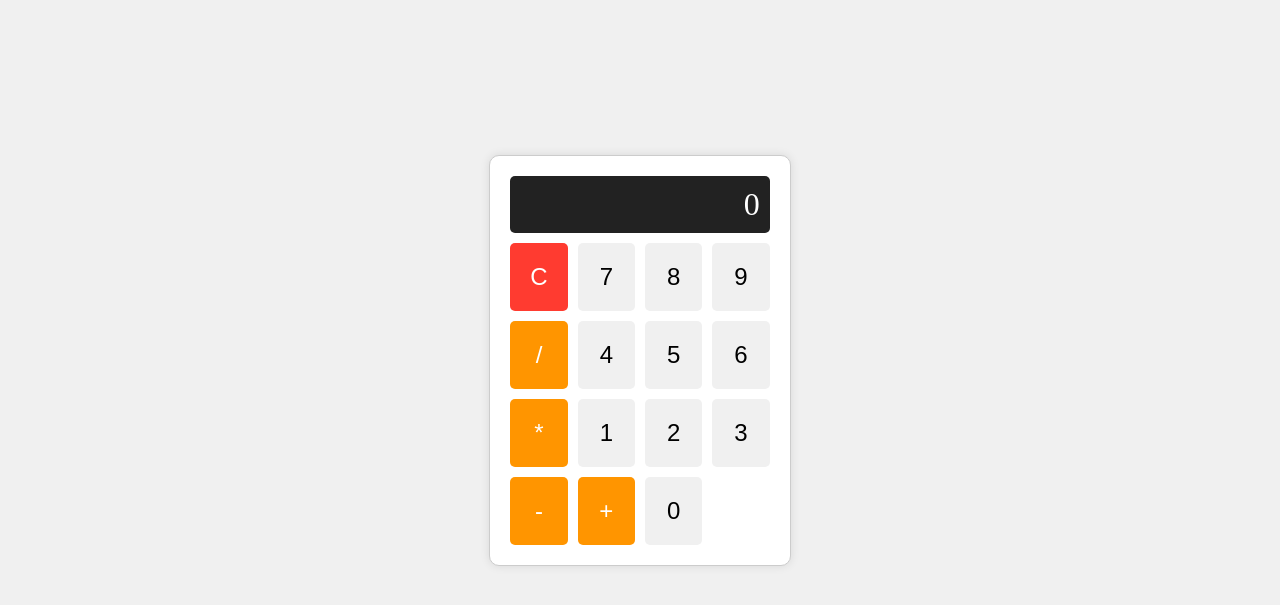
Repository: alizey12/calculator
Page: index.html
These files come from the project's save history. The page is drawn as it stood at one moment and after the next save; the edit follows.
The browser window is 1280 px wide. The pictures show the whole page.

Above is the page before, as saved 2024-11-23 18:36:39.

### index.html
<!DOCTYPE html>
<html lang="en">
<head>
    <meta charset="UTF-8">
    <meta name="viewport" content="width=device-width, initial-scale=1.0">
    <title>Document</title>
    <link rel="stylesheet" href="styles.css">
</head>
<body>


        <div class="calculator">
            <div class="display" id="display">0</div>
            <div class="buttons">

                <!--


                <button class="btn operator" id="equals">=</button>

               -->
                <button class="btn" id="clear">C</button>
                <button class="btn">7</button>
                <button class="btn">8</button>
                <button class="btn">9</button>
                <button class="btn operator">/</button>
                <button class="btn">4</button>
                <button class="btn">5</button>
                <button class="btn">6</button>
                <button class="btn operator">*</button>
                <button class="btn">1</button>
                <button class="btn">2</button>
                <button class="btn">3</button>
                <button class="btn operator">-</button>
                <button class="btn operator">+</button>
                <button class="btn">0</button>



            </div>
        </div>


    <script src="script.js"></script>
</body>
</html>

### styles.css
body {
    display: flex;
    justify-content: center;
    align-items: center;
    height: 100vh;
    background-color: #f0f0f0;
    margin: 0;
}

.calculator {
    border: 1px solid #ccc;
    border-radius: 10px;

    padding: 20px;
    background-color: #fff;
    box-shadow: 0 0 10px rgba(0, 0, 0, 0.1);
}

.display {
    font-size: 2em;
    margin-bottom: 10px;
    padding: 10px;

    background-color: #222;
    color: #fff;
    text-align: right;
    border-radius: 5px;
}
#display{
    height: 80%;
}
.buttons {
    display: grid;
    grid-template-columns: repeat(4, 1fr);
    gap: 10px;
}

.btn {
    padding: 20px;
    font-size: 1.5em;
    border: none;
    border-radius: 5px;
    background-color: #f0f0f0;
    cursor: pointer;
}

.btn.operator {
    background-color: #ff9500;
    color: #fff;
}

.btn#clear {
    background-color: #ff3b30;
    color: #fff;
}

.btn#equals {
    grid-column: span 2;
    background-color: #34c759;
    color: #fff;
}

Loaded but not shown: script.js (no copy from this time; the picture is the same without it)

After the next save:
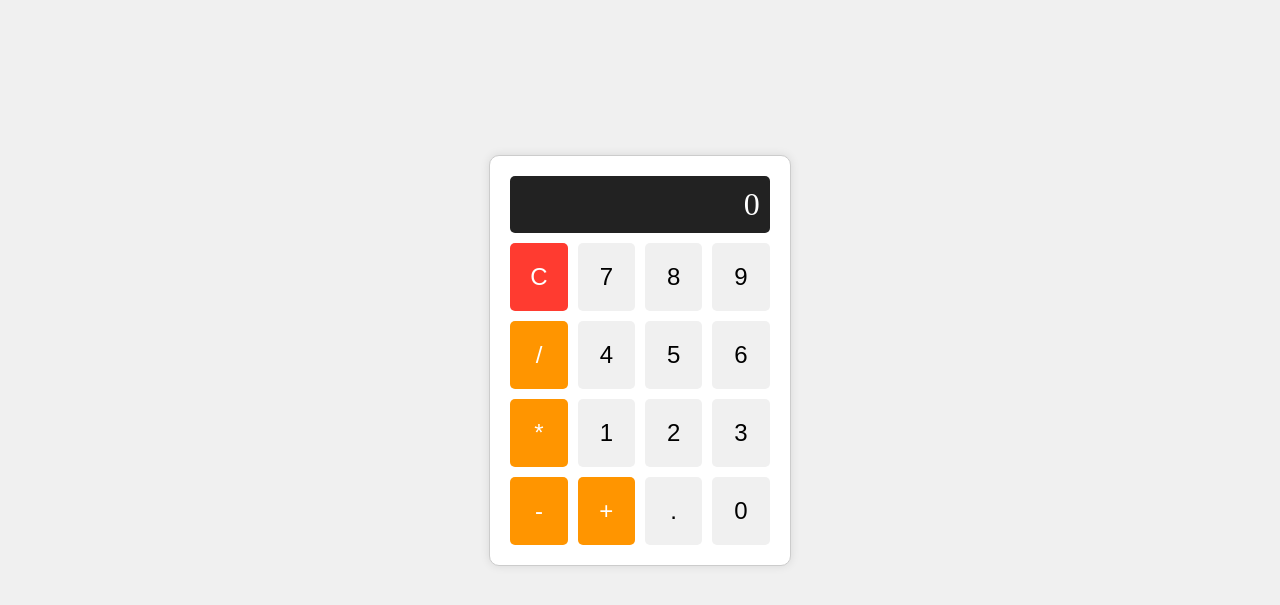
Saved 4 s later.
--- a/index.html
+++ b/index.html
@@ -33,6 +33,7 @@
                 <button class="btn">3</button>
                 <button class="btn operator">-</button>
                 <button class="btn operator">+</button>
+                <button class="btn">.</button>
                 <button class="btn">0</button>
 
 
